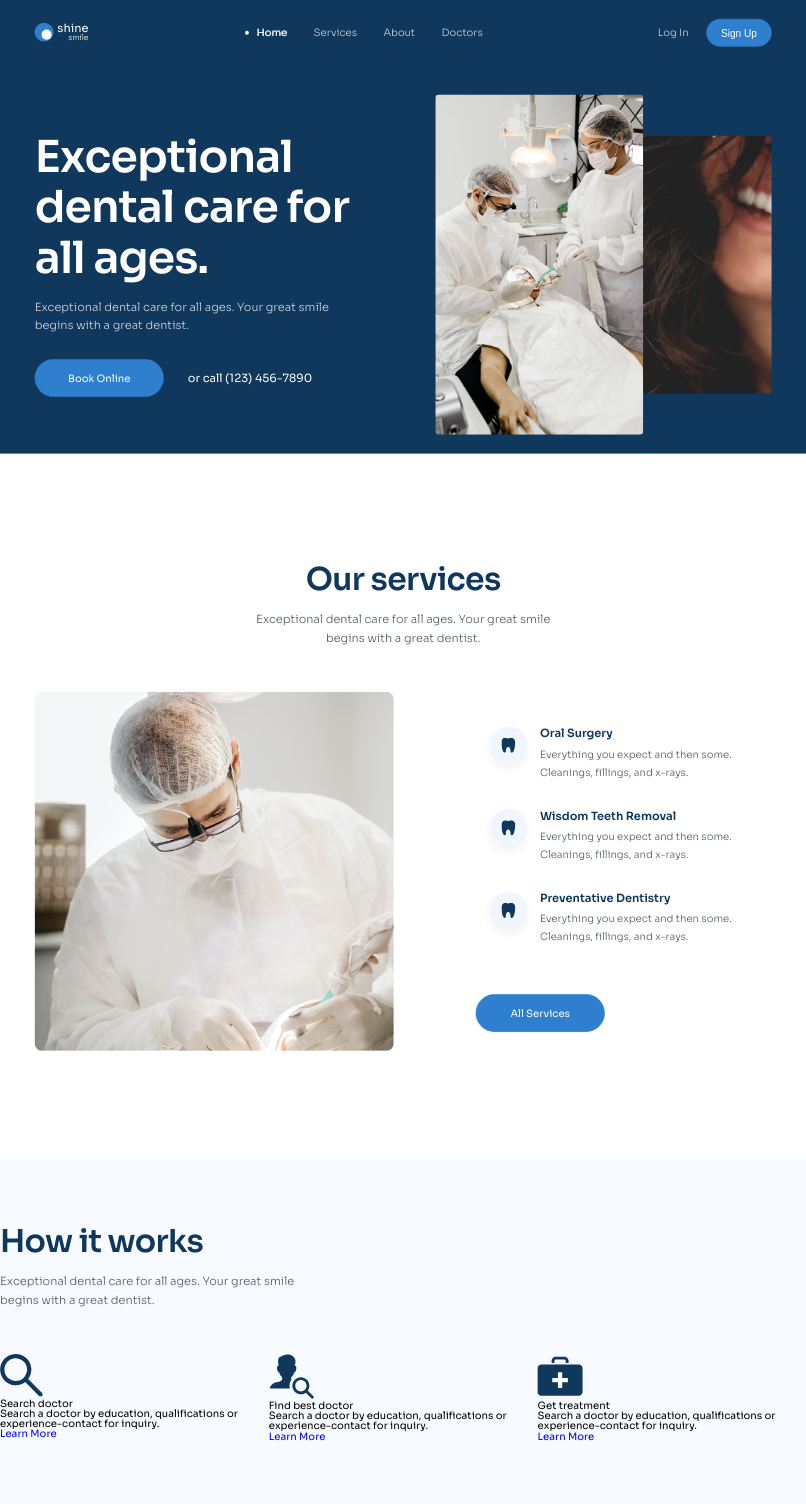
Repository: anhtien111198/f8-htmlcss-03
Page: index.html
These files come from the project's save history. The page is drawn as it stood at one moment and after the next save; the edit follows.
The browser window is 1280 px wide. The pictures show the whole page, at 63% of full size.

Above is the page before, as saved 2023-05-13 14:27:29.

### index.html
<!DOCTYPE html>
<html lang="en">
    <head>
        <meta charset="UTF-8" />
        <meta http-equiv="X-UA-Compatible" content="IE=edge" />
        <meta name="viewport" content="width=device-width, initial-scale=1.0" />
        <title>shine smile</title>
        <!-- favicon -->
        <link
            rel="apple-touch-icon"
            sizes="57x57"
            href="./assets/favicon/apple-icon-57x57.png"
        />
        <link
            rel="apple-touch-icon"
            sizes="60x60"
            href="./assets/favicon/apple-icon-60x60.png"
        />
        <link
            rel="apple-touch-icon"
            sizes="72x72"
            href="./assets/favicon/apple-icon-72x72.png"
        />
        <link
            rel="apple-touch-icon"
            sizes="76x76"
            href="./assets/favicon/apple-icon-76x76.png"
        />
        <link
            rel="apple-touch-icon"
            sizes="114x114"
            href="./assets/favicon/apple-icon-114x114.png"
        />
        <link
            rel="apple-touch-icon"
            sizes="120x120"
            href="./assets/favicon/apple-icon-120x120.png"
        />
        <link
            rel="apple-touch-icon"
            sizes="144x144"
            href="./assets/favicon/apple-icon-144x144.png"
        />
        <link
            rel="apple-touch-icon"
            sizes="152x152"
            href="./assets/favicon/apple-icon-152x152.png"
        />
        <link
            rel="apple-touch-icon"
            sizes="180x180"
            href="./assets/favicon/apple-icon-180x180.png"
        />
        <link
            rel="icon"
            type="image/png"
            sizes="192x192"
            href="./assets/favicon/android-icon-192x192.png"
        />
        <link
            rel="icon"
            type="image/png"
            sizes="32x32"
            href="./assets/favicon/favicon-32x32.png"
        />
        <link
            rel="icon"
            type="image/png"
            sizes="96x96"
            href="./assets/favicon/favicon-96x96.png"
        />
        <link
            rel="icon"
            type="image/png"
            sizes="16x16"
            href="./assets/favicon/favicon-16x16.png"
        />
        <link rel="manifest" href="./assets/favicon/manifest.json" />
        <meta name="msapplication-TileColor" content="#ffffff" />
        <meta
            name="msapplication-TileImage"
            content="./assets/favicon/ms-icon-144x144.png"
        />
        <meta name="theme-color" content="#ffffff" />
        <!-- font -->
        <link rel="preconnect" href="https://fonts.googleapis.com" />
        <link rel="preconnect" href="https://fonts.gstatic.com" crossorigin />
        <link
            href="https://fonts.googleapis.com/css2?family=Sora:wght@200;300;400;500;600;700;800&display=swap"
            rel="stylesheet"
        />
        <!-- reset css -->
        <link rel="stylesheet" href="./assets/css/reset.css" />
        <!-- style css -->
        <link rel="stylesheet" href="./assets/css/style.css" />
    </head>
    <body>
        <!-- header -->
        <header class="header">
            <div class="container">
                <!-- header top -->
                <div class="header-top">
                    <!-- logo -->
                    <a href="/">
                        <div class="logo">
                            <span class="logo__circle"></span>
                            <span class="logo__text">
                                <span class="logo__brand">shine</span>
                                <span class="logo__brand logo__brand--small">
                                    smile
                                </span>
                            </span>
                        </div>
                    </a>
                    <!-- navbar -->
                    <nav class="navbar">
                        <ul class="navbar__list">
                            <li class="navbar__item">
                                <a
                                    href="#!"
                                    class="navbar__link navbar__link--active"
                                >
                                    Home
                                </a>
                            </li>
                            <li class="navbar__item">
                                <a href="#!" class="navbar__link">Services</a>
                            </li>
                            <li class="navbar__item">
                                <a href="#!" class="navbar__link">About</a>
                            </li>
                            <li class="navbar__item">
                                <a href="#!" class="navbar__link">Doctors</a>
                            </li>
                        </ul>
                    </nav>
                    <!-- action -->
                    <div class="header-action">
                        <a href="#!" class="header-action__login">Log In</a>
                        <button href="#!" class="btn header-action__signup">
                            Sign Up
                        </button>
                    </div>
                </div>
                <!-- Hero -->
                <section class="hero">
                    <!-- hero content -->
                    <section class="hero__content">
                        <h1 class="hero__heading">
                            Exceptional dental care for all ages.
                        </h1>
                        <p class="hero__desc">
                            Exceptional dental care for all ages. Your great
                            smile begins with a great dentist.
                        </p>
                        <div class="hero__row">
                            <a href="" class="btn">Book Online</a>
                            <span class="hero__phone"
                                >or call (123) 456-7890</span
                            >
                        </div>
                    </section>
                    <!-- hero media -->
                    <div class="hero__media">
                        <figure class="hero__images">
                            <img
                                src="./assets/image/hero-01jpg.jpg"
                                alt=""
                                class="hero__img"
                            />
                            <img
                                src="./assets/image/hero-02.jpg"
                                alt=""
                                class="hero__img"
                            />
                        </figure>
                    </div>
                </section>
            </div>
        </header>
        <main style="height: 5000">
            <!-- service -->
            <section class="service">
                <div class="container">
                    <h2 class="service__heading section-heading">
                        Our services
                    </h2>
                    <p class="service__desc section-desc">
                        Exceptional dental care for all ages. Your great smile
                        begins with a great dentist.
                    </p>
                    <div class="service__row">
                        <figure class="service__images">
                            <img
                                src="./assets/image/service-1.jpg"
                                alt=""
                                class="service__img"
                            />
                        </figure>
                        <div>
                            <div class="service__list">
                                <!-- service item 1 -->
                                <section class="service-item">
                                    <div class="service-item__icon">
                                        <svg
                                            width="22"
                                            height="24"
                                            viewBox="0 0 22 24"
                                            fill="none"
                                            xmlns="http://www.w3.org/2000/svg"
                                        >
                                            <path
                                                d="M20.3598 2.63964C17.9506 -0.556131 14.2772 -0.568132 11.2481 1.10682C11.001 1.24657 10.7219 1.31411 10.4406 1.30222C10.1592 1.29033 9.88633 1.19945 9.65105 1.03931C8.49552 0.245717 7.29036 -0.316477 5.13904 0.207462C0.623408 1.3071 0 4.90379 0 8.99816C0.0797353 12.1602 0.500857 15.3032 1.25551 18.3683C2.11836 22.0168 3.90382 24 5.43354 24C6.96326 24 7.00963 22.2204 7.00963 20.8016C7.00963 19.2009 7.39505 14.8009 10.8642 14.8009C13.5317 14.8009 14.3333 18.4013 14.3333 20.8016C14.3329 23.095 15.1722 24 16.6628 24C19.5267 24 20.9796 15.3938 21.3719 13.1237C21.7642 10.8535 22.9882 6.12569 20.3598 2.63964Z"
                                                fill="currentColor"
                                            />
                                        </svg>
                                    </div>
                                    <div class="service-item__body">
                                        <h3 class="service-item__heading">
                                            Oral Surgery
                                        </h3>
                                        <p class="service-item__desc">
                                            Everything you expect and then some.
                                            Cleanings, fillings, and x-rays.
                                        </p>
                                    </div>
                                </section>
                                <!-- service item 2 -->
                                <section class="service-item">
                                    <div class="service-item__icon">
                                        <svg
                                            width="22"
                                            height="24"
                                            viewBox="0 0 22 24"
                                            fill="none"
                                            xmlns="http://www.w3.org/2000/svg"
                                        >
                                            <path
                                                d="M20.3598 2.63964C17.9506 -0.556131 14.2772 -0.568132 11.2481 1.10682C11.001 1.24657 10.7219 1.31411 10.4406 1.30222C10.1592 1.29033 9.88633 1.19945 9.65105 1.03931C8.49552 0.245717 7.29036 -0.316477 5.13904 0.207462C0.623408 1.3071 0 4.90379 0 8.99816C0.0797353 12.1602 0.500857 15.3032 1.25551 18.3683C2.11836 22.0168 3.90382 24 5.43354 24C6.96326 24 7.00963 22.2204 7.00963 20.8016C7.00963 19.2009 7.39505 14.8009 10.8642 14.8009C13.5317 14.8009 14.3333 18.4013 14.3333 20.8016C14.3329 23.095 15.1722 24 16.6628 24C19.5267 24 20.9796 15.3938 21.3719 13.1237C21.7642 10.8535 22.9882 6.12569 20.3598 2.63964Z"
                                                fill="currentColor"
                                            />
                                        </svg>
                                    </div>
                                    <div class="service-item__body">
                                        <h3 class="service-item__heading">
                                            Wisdom Teeth Removal
                                        </h3>
                                        <p class="service-item__desc">
                                            Everything you expect and then some.
                                            Cleanings, fillings, and x-rays.
                                        </p>
                                    </div>
                                </section>
                                <!-- service item 3 -->
                                <section class="service-item">
                                    <div class="service-item__icon">
                                        <svg
                                            width="22"
                                            height="24"
                                            viewBox="0 0 22 24"
                                            fill="none"
                                            xmlns="http://www.w3.org/2000/svg"
                                        >
                                            <path
                                                d="M20.3598 2.63964C17.9506 -0.556131 14.2772 -0.568132 11.2481 1.10682C11.001 1.24657 10.7219 1.31411 10.4406 1.30222C10.1592 1.29033 9.88633 1.19945 9.65105 1.03931C8.49552 0.245717 7.29036 -0.316477 5.13904 0.207462C0.623408 1.3071 0 4.90379 0 8.99816C0.0797353 12.1602 0.500857 15.3032 1.25551 18.3683C2.11836 22.0168 3.90382 24 5.43354 24C6.96326 24 7.00963 22.2204 7.00963 20.8016C7.00963 19.2009 7.39505 14.8009 10.8642 14.8009C13.5317 14.8009 14.3333 18.4013 14.3333 20.8016C14.3329 23.095 15.1722 24 16.6628 24C19.5267 24 20.9796 15.3938 21.3719 13.1237C21.7642 10.8535 22.9882 6.12569 20.3598 2.63964Z"
                                                fill="currentColor"
                                            />
                                        </svg>
                                    </div>
                                    <div class="service-item__body">
                                        <h3 class="service-item__heading">
                                            Preventative Dentistry
                                        </h3>
                                        <p class="service-item__desc">
                                            Everything you expect and then some.
                                            Cleanings, fillings, and x-rays.
                                        </p>
                                    </div>
                                </section>
                            </div>
                            <a href="#!" class="btn">All Services</a>
                        </div>
                    </div>
                </div>
            </section>
            <!-- how its works -->
            <section class="work">
                <h2 class="section-heading">How it works</h2>
                <p class="section-desc work__desc">
                    Exceptional dental care for all ages. Your great smile
                    begins with a great dentist.
                </p>
                <div class="work__list">
                    <!-- work item 1 -->
                    <div class="work-item">
                        <img
                            src="./assets/icons/search.svg"
                            alt=""
                            class="work-item__icon"
                        />
                        <h3 class="work-item__heading">Search doctor</h3>
                        <p class="work-item__desc">
                            Search a doctor by education, qualifications or
                            experience-contact for inquiry.
                        </p>
                        <a href="#!" class="work__more">Learn More</a>
                    </div>
                    <!-- work item 2 -->
                    <div class="work-item">
                        <img
                            src="./assets/icons/search-user.svg"
                            alt=""
                            class="work-item__icon"
                        />
                        <h3 class="work-item__heading">Find best doctor</h3>
                        <p class="work-item__desc">
                            Search a doctor by education, qualifications or
                            experience-contact for inquiry.
                        </p>
                        <a href="#!" class="work__more">Learn More</a>
                    </div>
                    <!-- work item 3 -->
                    <div class="work-item">
                        <img
                            src="./assets/icons/bag.svg"
                            alt=""
                            class="work-item__icon"
                        />
                        <h3 class="work-item__heading">Get treatment</h3>
                        <p class="work-item__desc">
                            Search a doctor by education, qualifications or
                            experience-contact for inquiry.
                        </p>
                        <a href="#!" class="work__more">Learn More</a>
                    </div>
                </div>
            </section>
        </main>
    </body>
</html>

### assets/css/style.css
* {
    box-sizing: border-box;
}
:root {
    --header-bg: #10375c;
}
html {
    font-size: 62.5%;
}
body {
    font-size: 1.6rem;
    font-family: "Sora", sans-serif;
}
/* ======Common========= */
a {
    text-decoration: none;
}
.container {
    width: 1170px;
    max-width: calc(100% - 48px);
    margin: 0 auto;
}
.btn {
    --height: 60px;
    display: inline-block;
    min-width: 205px;
    height: var(--height);
    padding: 0 20px;
    border-radius: 99px;
    border: 1px solid #2e80ce;
    font-size: 1.6rem;
    font-weight: 400;
    line-height: var(--height);
    color: #fff;
    text-align: center;
    background: #2e80ce;
}
.btn:hover {
    opacity: 0.9;
    cursor: pointer;
}
.section-heading {
    font-weight: 600;
    font-size: 5rem;
    line-height: 1.2;
    letter-spacing: -0.02em;
    color: #10375c;
}
.section-desc {
    margin-top: 18px;
    font-weight: 300;
    font-size: 1.8rem;
    line-height: 1.67;
    color: #575f66;
}
/* ========header============= */
.header {
    min-height: 100vh;
    padding-top: 30px;
    background: var(--header-bg);
}
.logo {
    position: relative;
    display: inline-flex;
    font-size: 1rem;
}
.logo__circle::after,
.logo__circle::before {
    content: "";
    display: inline-block;
    border-radius: 50%;
}
.logo__circle::before {
    width: 3em;
    height: 3em;
    background: #2e80ce;
}
.logo__circle::after {
    position: absolute;
    top: 1.1em;
    left: 1.1em;
    width: 1.6em;
    height: 1.6em;
    background: #ffffff;
}
.logo__text {
    margin-left: 0.6em;
    text-align: right;
    line-height: 1.6em;
}
.logo__brand {
    display: block;
    font-size: 1.8em;
    font-weight: 400;
    color: #ffffff;
}
.logo__brand--small {
    font-size: 1.2em;
    font-weight: 300;
}
/* ========Header top========== */
.header-top {
    display: flex;
    align-items: center;
    justify-content: space-between;
}
.navbar__list {
    display: flex;
}
.header-action__login,
.navbar__link {
    padding: 4px 21px;
    font-weight: 300;
    font-size: 1.6rem;
    color: #c9d2da;
}
.navbar__link:hover,
.navbar__link--active {
    color: #fff;
    text-shadow: 1px 0 0 currentColor;
}
.navbar__link--active::before {
    position: relative;
    top: -2px;
    left: -8px;
    content: "";
    display: inline-block;
    width: 6px;
    height: 6px;
    border-radius: 50%;
    background: #fff;
}
.header-action {
    display: flex;
    align-items: center;
}
.header-action__login {
    margin-right: 7px;
}
.header-action__signup {
    --height: 44px;
    min-width: 104px;
}
/* ========hero=========== */
.hero {
    display: flex;
    align-items: center;
    margin-top: 76px;
}
.hero__content {
    flex-shrink: 0;
    width: 44%;
}
.hero__media {
    flex-grow: 1;
}
.hero__heading {
    font-weight: 600;
    font-size: 7rem;
    line-height: 1.14;
    letter-spacing: -0.02em;
    color: #ffffff;
}
.hero__desc {
    margin-top: 22px;
    font-weight: 300;
    font-size: 1.8rem;
    line-height: 1.67;
    color: #c9d2da;
}
.hero__row {
    display: flex;
    align-items: center;
    margin-top: 38px;
}
.hero__phone {
    margin-left: 38px;
    font-weight: 400;
    font-size: 1.8rem;
    line-height: 1.67;
    color: #ffffff;
}
.hero__images {
    display: flex;
    align-items: center;
    justify-content: flex-end;
}
.hero__img {
    width: 330px;
    height: 540px;
    border-radius: 6px;
    object-fit: cover;
}
.hero__img:first-child {
    position: relative;
    margin-right: -6px;
}
.hero__img:last-child {
    width: 210px;
    height: 410px;
}
/* ========service=========== */
.service {
    padding: 170px 0;
}
.service__heading,
.service__desc {
    text-align: center;
}
.service__desc {
    width: 468px;
    margin-left: auto;
    margin-right: auto;
}
.service__row {
    display: flex;
    align-items: center;
    justify-content: space-between;
    margin-top: 70px;
}
.service__img {
    width: 570px;
    height: 570px;
    border-radius: 12px;
    object-fit: cover;
}
.service__list {
    margin-bottom: 55px;
}
/* =====service item========= */
.service-item {
    display: flex;
    width: 470px;
    padding: 22px;
    background: #ffffff;
    border-radius: 10px;
    transition: 0.25s;
}
.service-item:hover {
    position: relative;
    box-shadow: 0px 14px 28px rgba(0, 0, 0, 0.05);
}
.service-item:hover .service-item__icon {
    background: #2e80ce;
    color: #fff;
}
.service-item__icon {
    display: flex;
    align-items: center;
    justify-content: center;
    flex-shrink: 0;
    width: 60px;
    height: 60px;
    border-radius: 50%;
    color: #10375c;
    background: #eff6fd;
    box-shadow: 0px 8px 16px rgba(0, 0, 0, 0.05);
    transition: 0.25s;
}
.service-item__body {
    margin-left: 20px;
}
.service-item__heading {
    font-weight: 600;
    font-size: 1.8rem;
    line-height: 1.27;
    color: #10375c;
}
.service-item__desc {
    margin-top: 8px;
    font-weight: 300;
    font-size: 1.6rem;
    line-height: 1.75;
    color: #575f66;
}
/* ========work======= */
.work {
    padding: 100px 0;
    background: #f7fbff;
}
.work__desc {
    width: 468px;
}
.work__list {
    display: grid;
    grid-template-columns: repeat(3, 1fr);
    margin-top: 70px;
}

Loaded but not shown: assets/css/reset.css (common file)

After the next save:
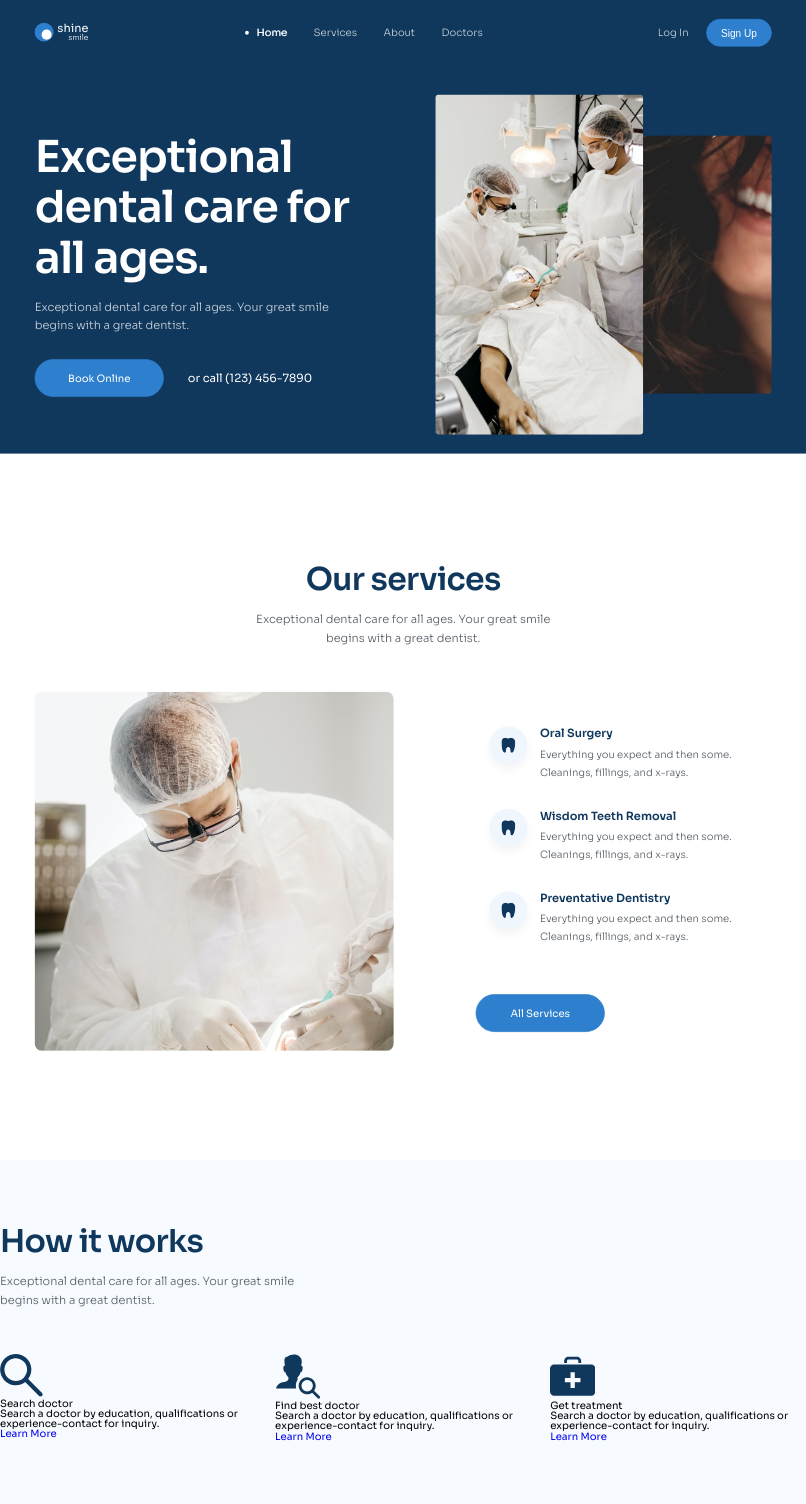
Saved 39 s later.
--- a/assets/css/style.css
+++ b/assets/css/style.css
@@ -284,5 +284,6 @@ a {
 .work__list {
     display: grid;
     grid-template-columns: repeat(3, 1fr);
+    column-gap: 30px;
     margin-top: 70px;
 }
